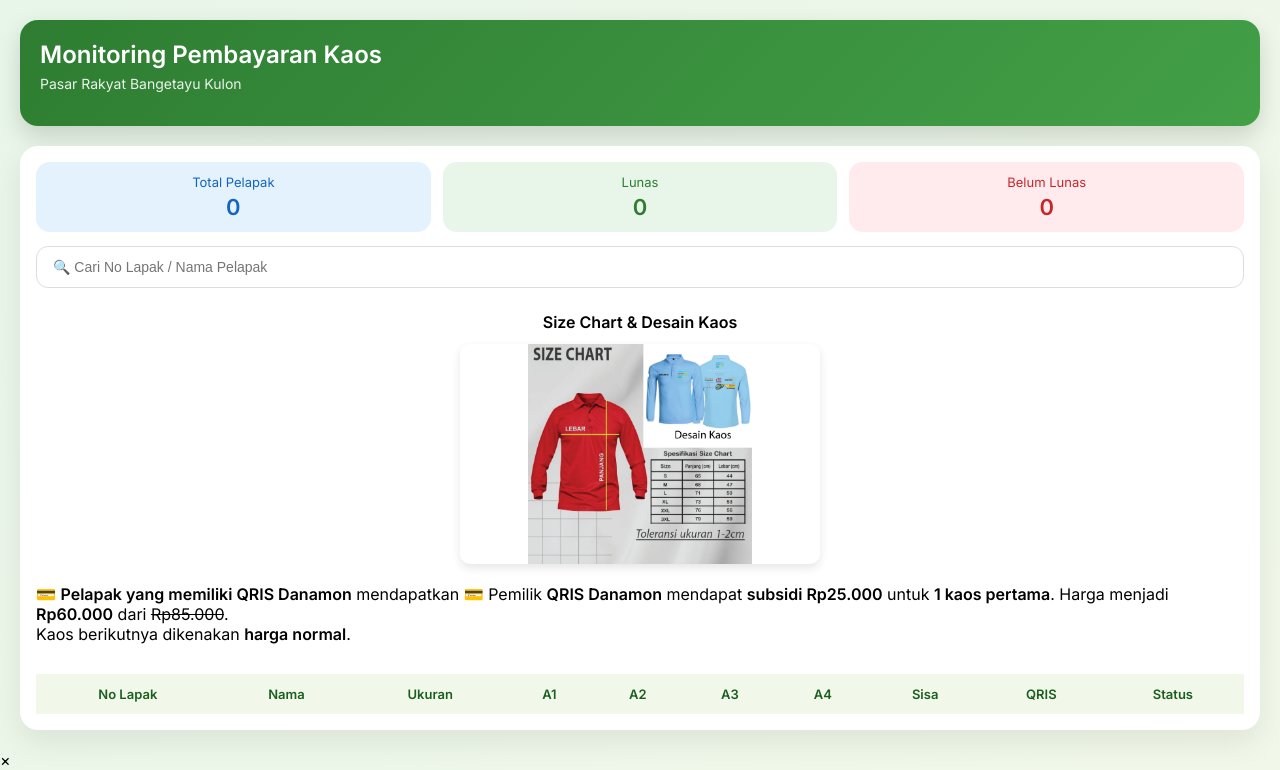
Repository: pasarrakyatbak/monitoringpembayarankaos
Page: index.html
These files come from the project's save history. The page is drawn as it stood at one moment and after a run of saves; the edit follows.
The browser window is 1280 px wide. The pictures show the whole page.
The page's requests for data from a server got no answer.

Above is the page before, as saved 2026-01-04 14:27:07.

After the next 2 saves:
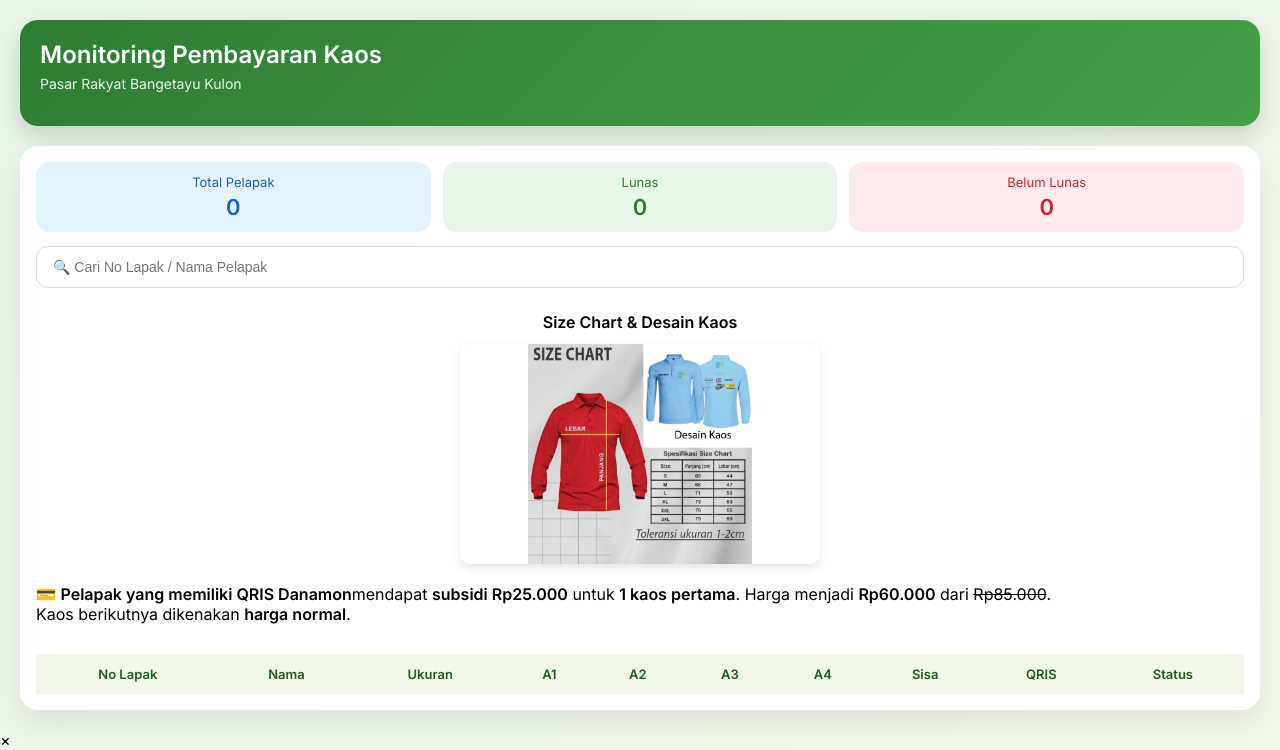
The 2 saves are shown as one change because they came seconds apart.
The last was saved 17 s later.
--- a/index.html
+++ b/index.html
@@ -59,8 +59,7 @@
             <!-- ===== INFO SUBSIDI QRIS ===== -->
             <div class="qris-info">
                 <p>
-                    💳 <strong>Pelapak yang memiliki QRIS Danamon</strong> mendapatkan
-                    💳 Pemilik <strong>QRIS Danamon</strong> mendapat
+                    💳 <strong>Pelapak yang memiliki QRIS Danamon</strong>mendapat
                     <strong>subsidi Rp25.000</strong> untuk
                     <strong>1 kaos pertama</strong>.
                     Harga menjadi <strong>Rp60.000</strong> dari
